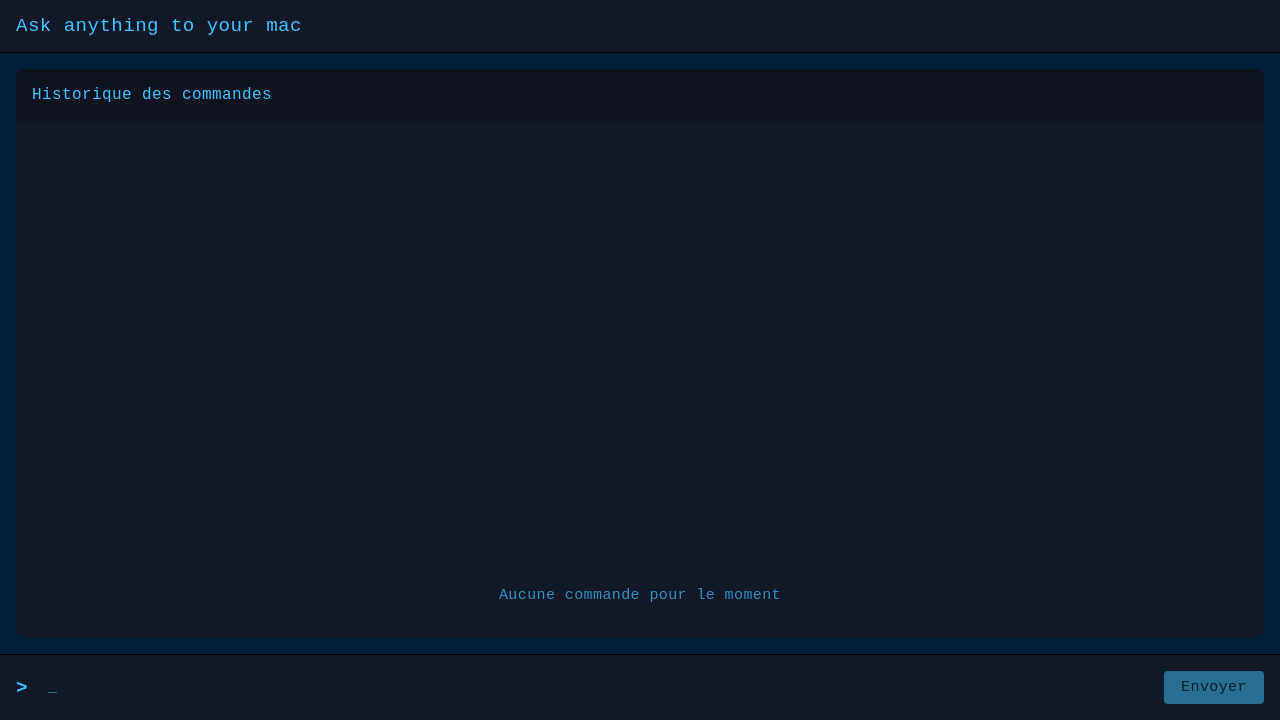
Repository: flobutbut/NaturalMac
Page: /
The author's editor kept a copy of each file at every save. The page is drawn from the files as they stood at one save, then again after the next save.
The browser window is 1280 px wide. The pictures show the whole page.
The page's requests for data from a server got no answer. The project was rebuilt for these pictures with package versions that can differ from the ones it lists, and the page was loaded fresh each time. No one was signed in, and anything a server would have sent is missing. Also part of the build but not shown: vite.config.ts, src/components/command/CommandItem.vue.

Above is the page before, as saved 2025-03-10 22:15:56.

After the next save:
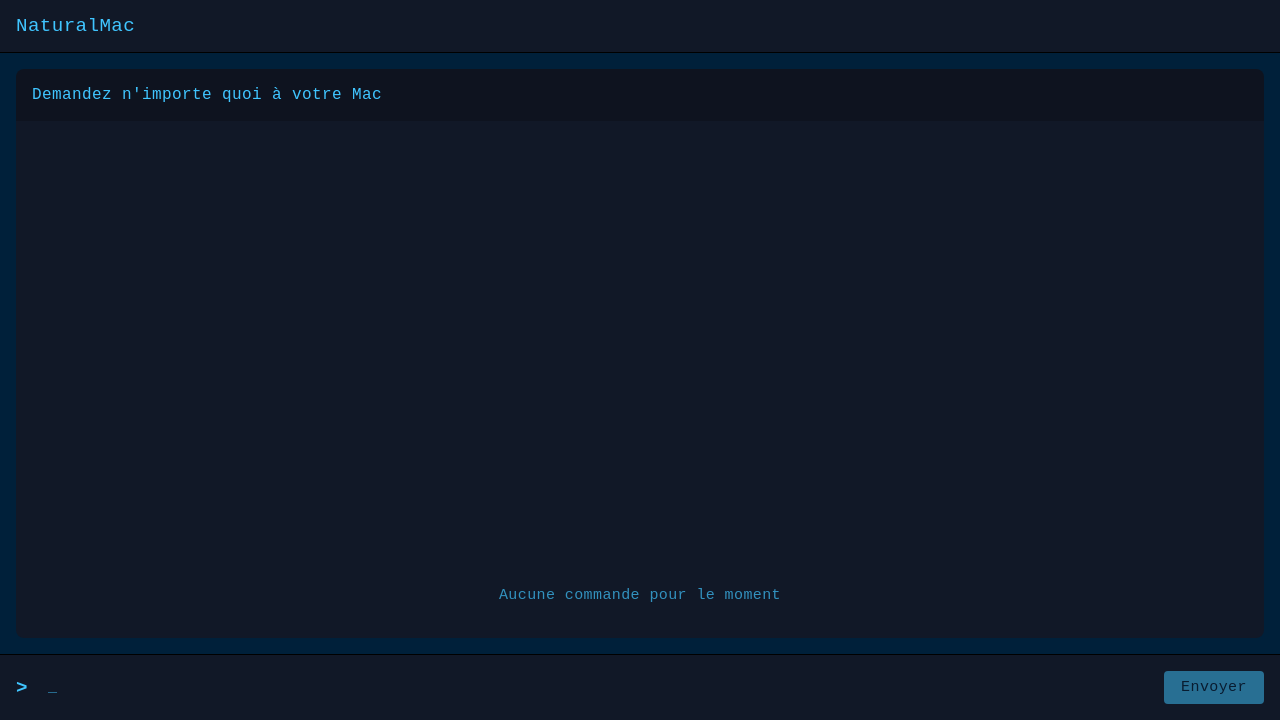
Saved 2 min 17 s later.
--- a/src/locales/fr.ts
+++ b/src/locales/fr.ts
@@ -1,6 +1,6 @@
 export default {
   app: {
-    title: 'Ask anything to your mac'
+    title: 'NaturalMac'
   },
   command: {
     input: {
@@ -28,7 +28,7 @@ export default {
       cancel: 'Annuler'
     },
     history: {
-      title: 'Historique des commandes',
+      title: 'Demandez n\'importe quoi à votre Mac',
       empty: 'Aucune commande pour le moment',
       clear: 'Effacer l\'historique',
       confirmClear: 'Êtes-vous sûr de vouloir effacer tout l\'historique ?'
